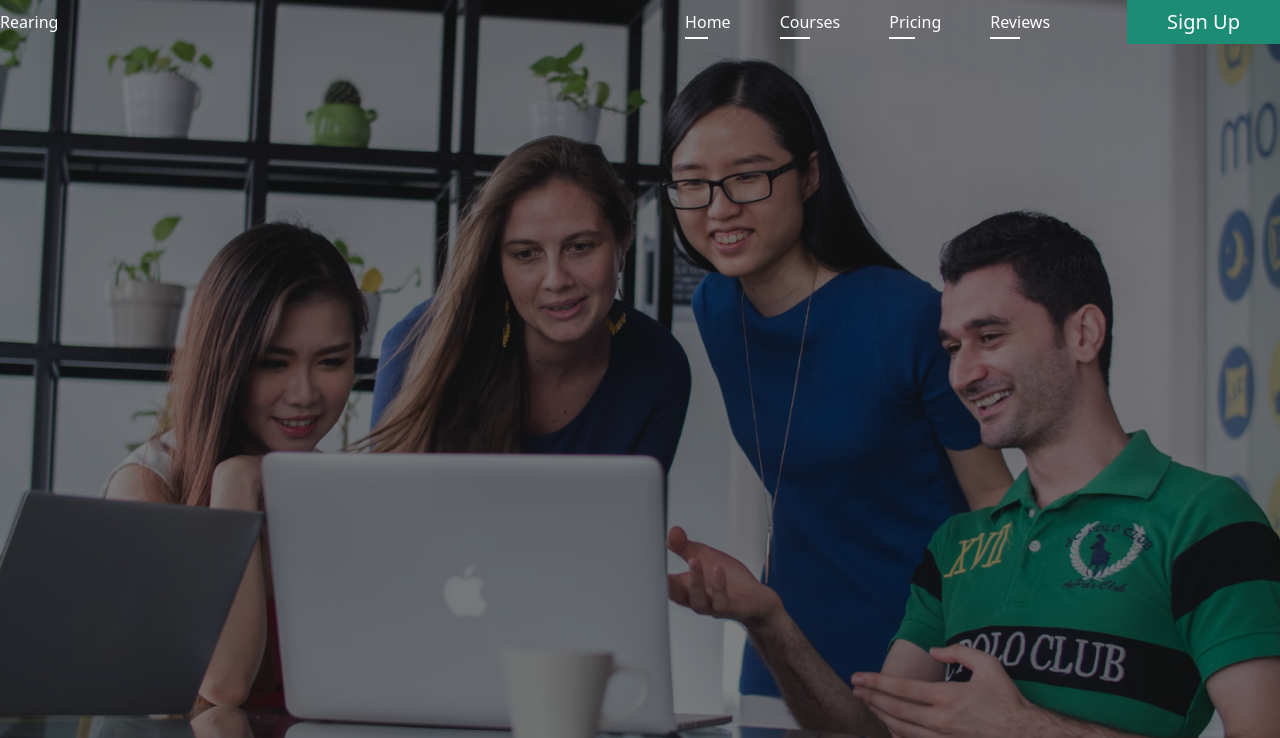
Repository: vandangnhathung/educationplatform
Page: /
These files come from the project's save history. The page is drawn as it stood at one moment and after the next save; the edit follows.
The browser window is 1280 px wide. The pictures show the whole page.
The project was rebuilt for these pictures with package versions that can differ from the ones it lists, and the page was loaded fresh each time.

Above is the page before, as saved 2022-06-20 14:56:25.

After the next save:
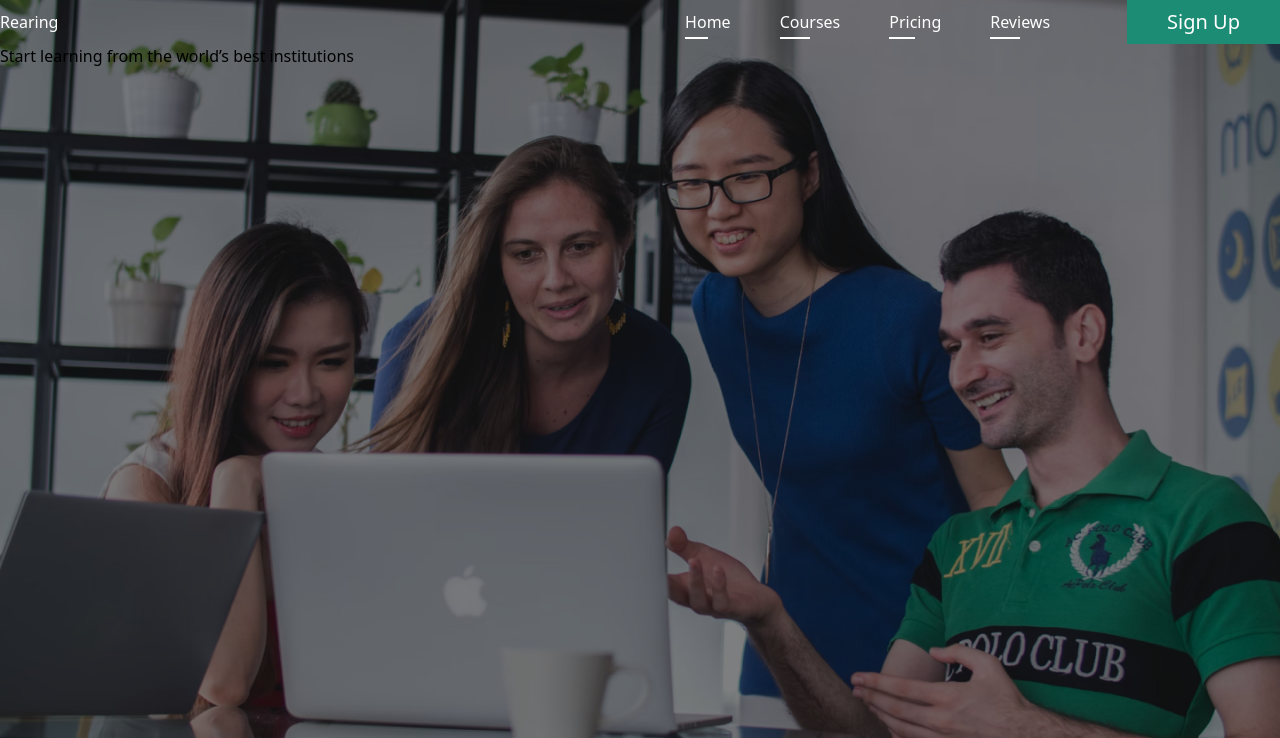
Saved 47 s later.
--- a/src/components/Header.js
+++ b/src/components/Header.js
@@ -43,6 +43,13 @@ const Header = () => {
                 </button>
               </div>
             </div>
+
+            <div className="slogan">
+              <title>Face the future with confidence</title>
+              <p className="desc">
+                Start learning from the world’s best institutions
+              </p>
+            </div>
           </div>
         </div>
       </div>
